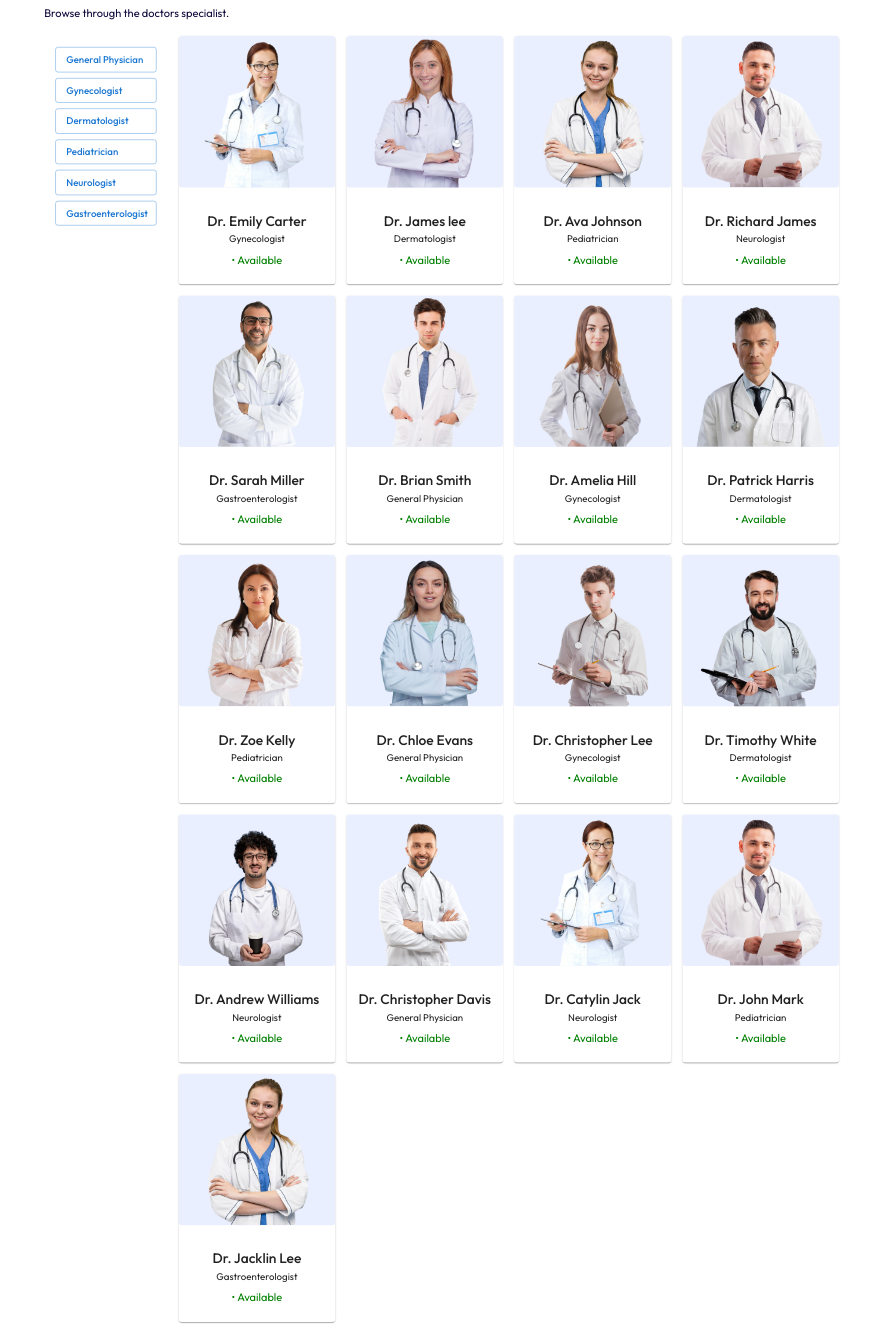
Repository: Ali-Dmerdash/DEPI_GRAD
Page: /
These files come from the project's save history. The page is drawn as it stood at one moment and after the next save; the edit follows.
The browser window is 1280 px wide. The pictures show the whole page, at 69% of full size.
The project was rebuilt for these pictures with package versions that can differ from the ones it lists, and the page was loaded fresh each time. Also part of the build but not shown: vite.config.ts.

Above is the page before, as saved 2024-10-05 22:33:32.

After the next save:
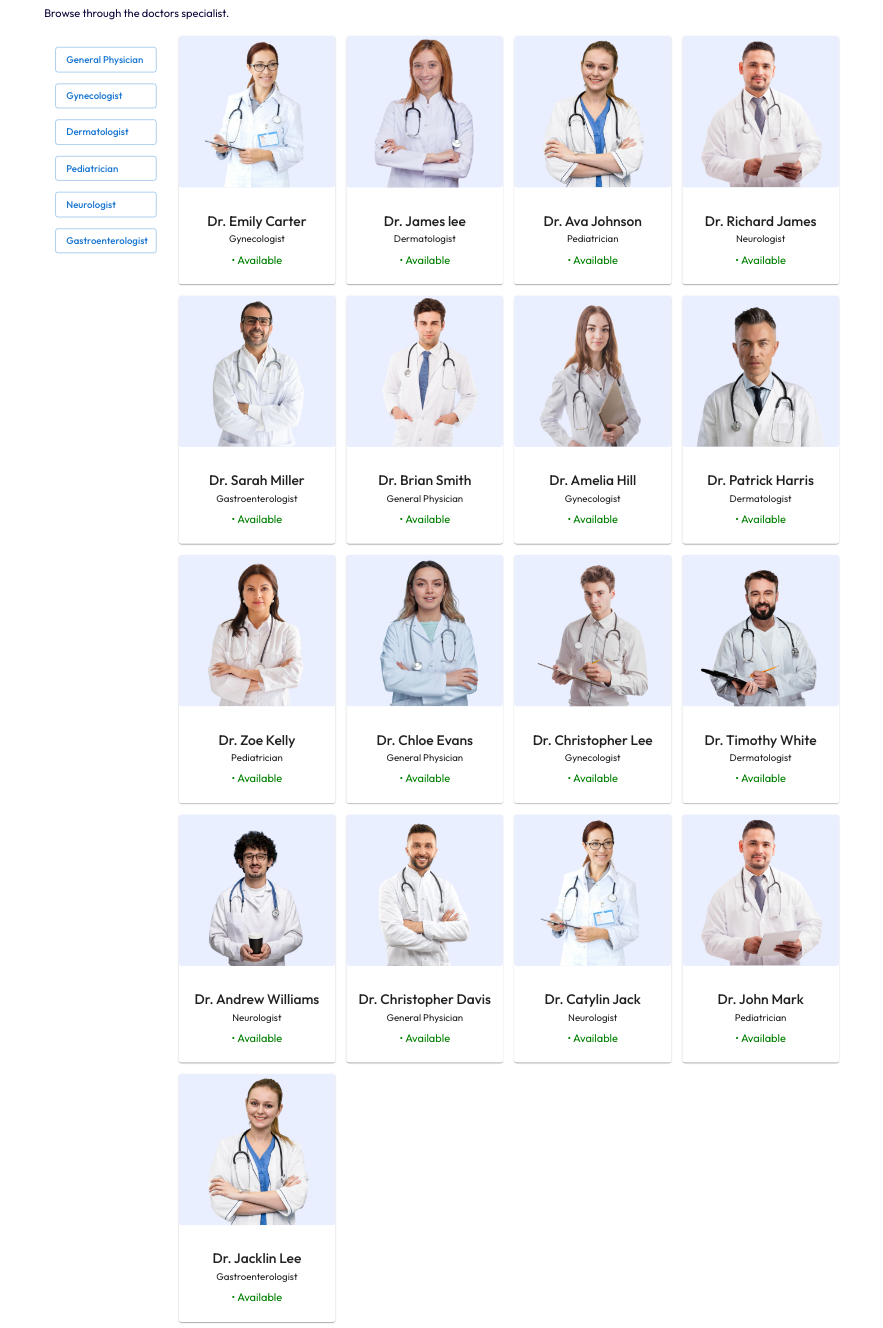
Saved 17 s later.
--- a/src/pages/doctors/index.tsx
+++ b/src/pages/doctors/index.tsx
@@ -190,7 +190,7 @@ const Doctors: React.FC = () => {
                 }
                 fullWidth
                 sx={{
-                  marginBottom: 1,
+                  marginBottom: 2,
                   justifyContent: "flex-start",
                   textTransform: "none",
                 }}
